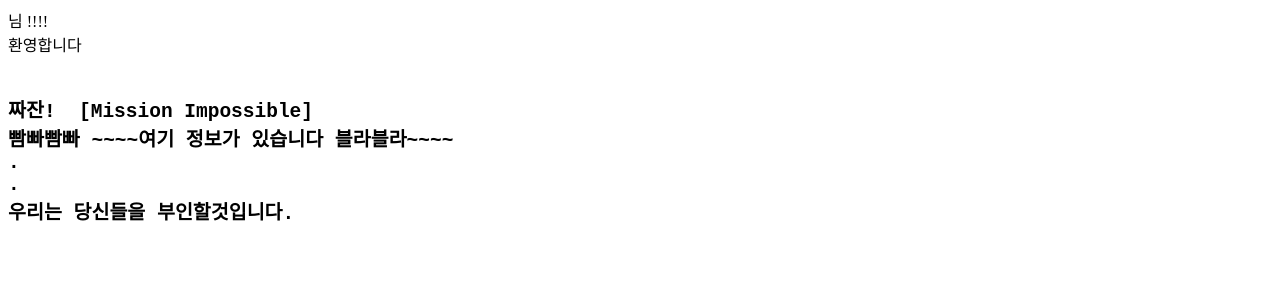
Repository: codingidot/test111
Page: http://localhost/JSP3/impossible9.jsp
An editor plug-in stored every save of this project. The page is shown before and after the next save, followed by the edit.
The browser window is 1280 px wide. The pictures show the whole page.
The page is served by Tomcat 9.

Above is the page before, as saved 2022-05-29 08:40:14.

After the next save:
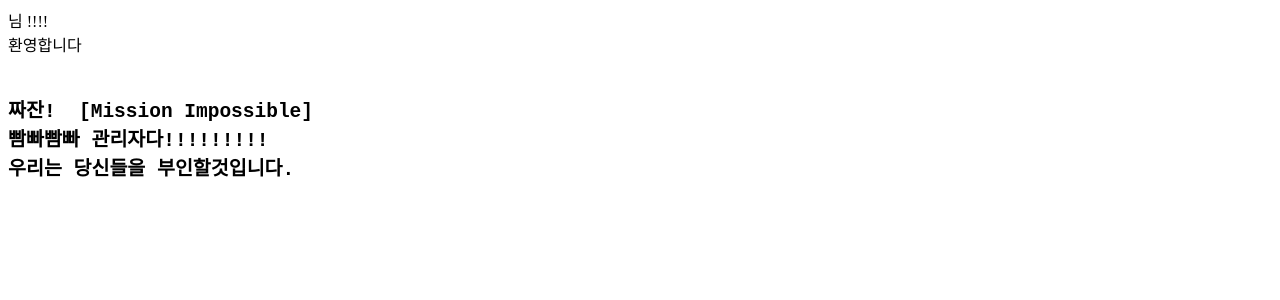
Saved 5 s later.
--- a/JSP3/src/main/webapp/impossible9.jsp
+++ b/JSP3/src/main/webapp/impossible9.jsp
@@ -12,9 +12,7 @@
 <pre>
 <h2>
 짜잔!  [Mission Impossible]
-빰빠빰빠 ~~~~여기 정보가 있습니다 블라블라~~~~
-.
-.
+빰빠빰빠 관리자다!!!!!!!!!
 우리는 당신들을 부인할것입니다.
 </h2>
 </pre>
